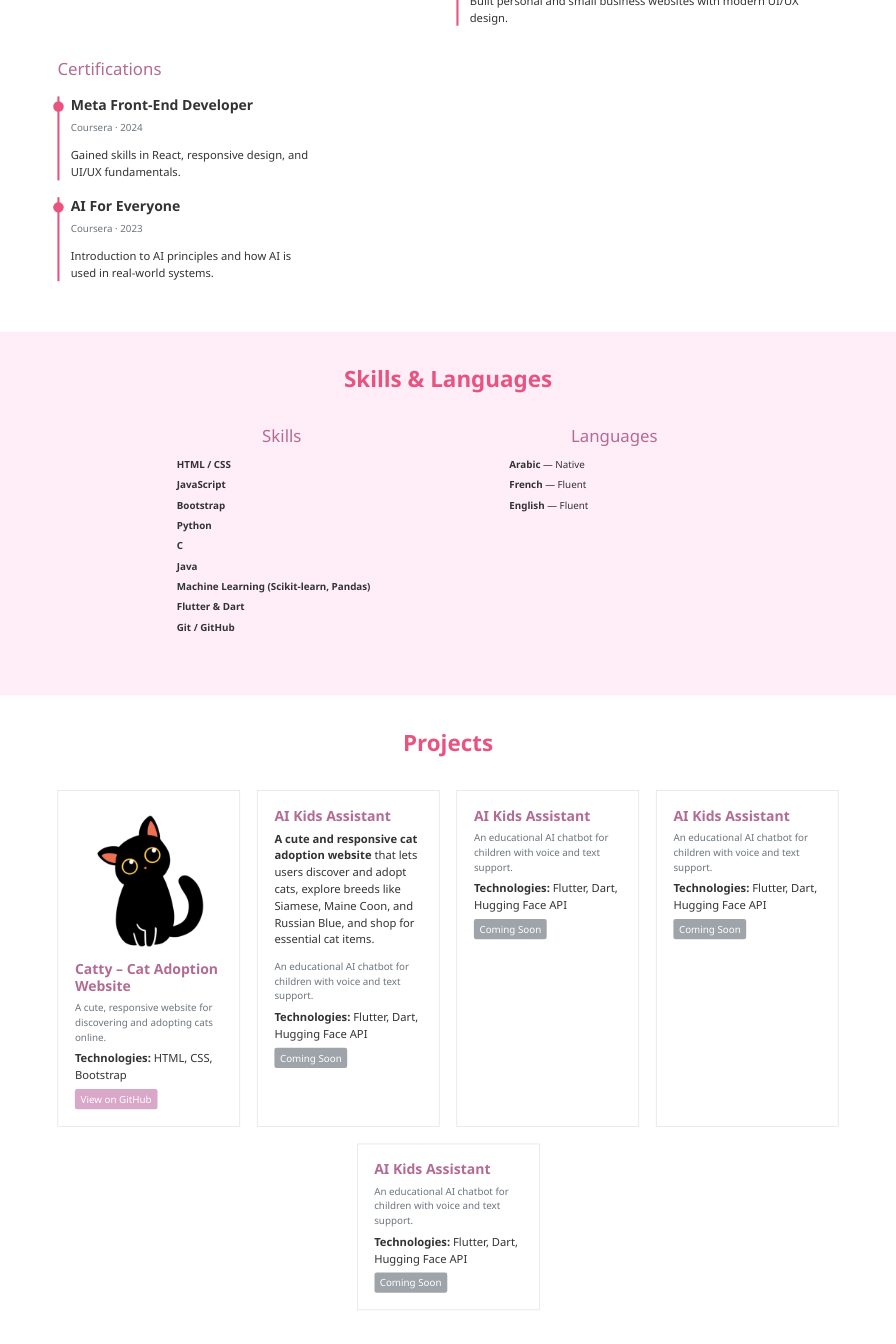
Repository: rihebtlh/portfolio
Page: new.html
These files come from the project's save history. The page is drawn as it stood at one moment and after the next save; the edit follows.
The browser window is 1280 px wide. The pictures show the part of the page from y = 1644 to 3564 px (the page is 3564 px tall), at 70% of full size.

Above is the page before, as saved 2025-07-02 16:05:36.

### new.html
<!DOCTYPE html>
<html lang="en">
<head>
  <meta charset="UTF-8" />
  <meta name="viewport" content="width=device-width, initial-scale=1.0" />
  <title>Riheb Talhi Portfolio</title>
  <link href="https://cdn.jsdelivr.net/npm/bootstrap@5.0.2/dist/css/bootstrap.min.css" rel="stylesheet" />
  <script src="https://cdn.jsdelivr.net/npm/bootstrap@5.0.2/dist/js/bootstrap.bundle.min.js"></script>
  <link rel="stylesheet" href="https://cdn.jsdelivr.net/npm/bootstrap-icons@1.10.5/font/bootstrap-icons.css">


  <style>
    body {
      font-family: 'Segoe UI', sans-serif;
      color: #333;
      background: #fff;
    }

    .navbar {
      background: rgba(255, 255, 255, 0.9);
      box-shadow: 0 4px 6px rgba(0, 0, 0, 0.05);
    }

    .navbar-nav .nav-link {
      color: #b36b94 !important;
      font-weight: 500;
    }

    .navbar-nav .nav-link:hover {
      color: #e75480 !important;
    }

    .btn-secondary {
      background-color: #d9a7c7;
      border: none;
    }

    .btn-secondary:hover {
      background-color: #e2b8d3;
    }

    h1, h2 {
      font-weight: 700;
    }

    .display-2 {
      color: #e75480;
    }

    .display-5 {
      color: #a070a8;
    }

    section {
      padding: 4rem 0;
    }

    .head {
      background-color: #ffeef8;
    }

    .about {
      background-color: #ffffff;
    }

    .about h2 {
      color: #e75480;
    }

    .about p {
      font-size: 1.1rem;
      color: #444;
      max-width: 800px;
    }

    img.rounded-circle {
      border: 4px solid #fff;
    }
    /* Simple timeline style */
  .timeline-item {
    border-left: 3px solid #e75480;
    padding-left: 1rem;
    position: relative;
  }
  .timeline-item::before {
    content: '';
    position: absolute;
    left: -9px;
    top: 0.4rem;
    width: 15px;
    height: 15px;
    background: #e75480;
    border-radius: 50%;
  }
  </style>
</head>
<body>

  <!-- Navbar -->
  <nav class="navbar navbar-expand-md navbar-light fixed-top">
    <div class="container-xxl">
      <button class="navbar-toggler" type="button" data-bs-toggle="collapse" data-bs-target="#main-nav"
        aria-controls="main-nav" aria-expanded="false" aria-label="Toggle navigation">
        <span class="navbar-toggler-icon"></span>
      </button>

      <div class="collapse navbar-collapse justify-content-end align-items-center" id="main-nav">
        <ul class="navbar-nav">
          <li class="nav-item"><a class="nav-link" href="#about">About Me</a></li>
          <li class="nav-item"><a class="nav-link" href="#resume">My Resume</a></li>
          <li class="nav-item"><a class="nav-link" href="#skills">Skills & Languages</a></li>
          <li class="nav-item"><a class="nav-link" href="#projects">Projects</a></li>
          <li class="nav-item ms-2 d-none d-md-inline">
            <a class="btn btn-secondary" href="#contact">Contact me here!</a>
          </li>
        </ul>
      </div>
    </div>
  </nav>

  <!-- Hero Section -->
    <section class="head d-flex align-items-center" style="min-height: 100vh;" id="home">
    <div class="container-lg">
        <div class="row justify-content-center align-items-center">
        <div class="col-md-8 text-start">
            <h1>
            <div class="display-2 fw-bold">Riheb Talhi</div>
            <div class="display-5">Computer Science Student</div>
            <div class="display-6 text-muted">just love to solve real-world problems through creative coding.</div>
            </h1>
        </div>
        <div class="col-md-4 text-center d-none d-md-block">
            <span class="tt" data-bs-placement="bottom" title="pic">
            <img src="/assets/pic.jpg" alt="Your photo" class="img-fluid rounded-circle shadow" style="max-height: 400px;">
            </span>
        </div>
        </div>
    </div>
    </section>


  <!-- About Me Section (White) -->
  <section class="about" id="about">
    <div class="container-lg">
      <div class="row justify-content-center">
        <div class="col-md-5">
          <h2 class="mb-4">About Me</h2>
          <p><strong>Name:</strong> Riheb Talhi</p>
          <p><strong>Email:</strong> talhiriheb@gmail.com</p>
          <p><strong>Education:</strong> university of science and technology of oran - mohamed boudiaf</p>
          <p>
            <i class="bi bi-github text-dark me-2"></i>
            <a href="https://github.com/rihebtlh" target="_blank">@rihebtlh</a>
          </p>
          <p>
            <i class="bi bi-linkedin"></i>
            <a href="https://www.linkedin.com/in/riheb-talhi-bab320293" target="_blank">Talhi Riheb</a>
          </p>
          <p>
            I love building smart, helpful apps and exploring the world of artificial intelligence.
            Currently, I'm focused on AI development especially in natural language processing (NLP) and machine learning (ML).
          </p>

        </div>
      </div>
    </div>
  </section>
  <!-- Resume Section -->
    <section id="resume" class="py-5" style="background:#fff;">
        <div class="container-lg">
            <h2 class="mb-5" style="color:#e75480;">My Resume</h2>
            <div class="row">

            <!-- Education -->
            <div class="col-md-6 mb-4">
                <h4 class="mb-4" style="color:#b36b94;">Education</h4>
                <div class="timeline">
                <div class="timeline-item mb-4">
                    <h5 class="mb-1 fw-bold">University of Science and Technology of Oran - Mohamed Boudiaf</h5>
                    <p class="text-muted mb-0"><small>Bachelor's Degree in Computer Science</small></p>
                    <p class="text-muted"><small>2022 - 2025</small></p>
                    <p>Focused on software development, AI, and data structures.</p>
                </div>
                <!-- Add more education here if needed -->
                </div>
            </div>

            <!-- Experience -->
            <div class="col-md-6 mb-4">
                <h4 class="mb-4" style="color:#b36b94;">Experience</h4>
                <div class="timeline">
                <div class="timeline-item mb-4">
                    <h5 class="mb-1 fw-bold">Internship at XYZ Company</h5>
                    <p class="text-muted mb-0"><small>Summer 2023</small></p>
                    <p>Worked on developing web applications and learning Agile methodologies.</p>
                </div>
                <div class="timeline-item mb-4">
                    <h5 class="mb-1 fw-bold">Freelance Web Developer</h5>
                    <p class="text-muted mb-0"><small>2022 - Present</small></p>
                    <p>Built personal and small business websites with modern UI/UX design.</p>
                </div>
                <!-- Add more experience as needed -->
                </div>
            </div>
            </div>
            <!-- Certifications -->
            <div class="col-md-4 mb-4">
                <h4 class="mb-4" style="color:#b36b94;">Certifications</h4>
                <div class="timeline">
                <div class="timeline-item mb-4">
                    <h5 class="fw-bold">Meta Front-End Developer</h5>
                    <p class="text-muted"><small>Coursera · 2024</small></p>
                    <p>Gained skills in React, responsive design, and UI/UX fundamentals.</p>
                </div>
                <div class="timeline-item mb-4">
                    <h5 class="fw-bold">AI For Everyone</h5>
                    <p class="text-muted"><small>Coursera · 2023</small></p>
                    <p>Introduction to AI principles and how AI is used in real-world systems.</p>
                </div>
                </div>
            </div>
        </div>
    </section>
    <!-- Skills & Languages Section -->
    <section id="skills" class="py-5" style="background-color: #ffeef8;">
    <div class="container-lg text-center">
        <h2 class="mb-5" style="color: #e75480;">Skills & Languages</h2>

        <div class="row justify-content-center">
        <!-- Skills -->
        <div class="col-md-5 mb-4">
            <h4 class="mb-3" style="color: #b36b94;">Skills</h4>
            <ul class="list-unstyled small text-start mx-auto" style="max-width: 300px;">
            <li class="mb-2"><strong>HTML / CSS</strong></li>
            <li class="mb-2"><strong>JavaScript</strong></li>
            <li class="mb-2"><strong>Bootstrap</strong></li>
            <li class="mb-2"><strong>Python</strong></li>
            <li class="mb-2"><strong>C</strong></li>
            <li class="mb-2"><strong>Java</strong></li>
            <li class="mb-2"><strong>Machine Learning (Scikit-learn, Pandas)</strong></li>
            <li class="mb-2"><strong>Flutter & Dart</strong></li>
            <li class="mb-2"><strong>Git / GitHub</strong></li>
            </ul>
        </div>

        <!-- Languages -->
        <div class="col-md-5 mb-4">
            <h4 class="mb-3" style="color: #b36b94;">Languages</h4>
            <ul class="list-unstyled small text-start mx-auto" style="max-width: 300px;">
            <li class="mb-2"><strong>Arabic</strong> — Native</li>
            <li class="mb-2"><strong>French</strong> — Fluent</li>
            <li class="mb-2"><strong>English</strong> — Fluent</li>
            </ul>
        </div>
        </div>
    </div>
    </section>
    <!-- Projects Section -->
    <section id="projects" class="py-5" style="background-color: #fff;">
      <div class="container-lg">
        <h2 class="mb-5 text-center" style="color: #e75480;">Projects</h2>

        <div class="row justify-content-center g-4">

          <!-- Project 1 -->
          <div class="col-md-3">
            <div class="p-4 border rounded-4 h-100" style="border-color: #ffd6e8; background-color: #fff;">
              <!-- Project Image -->
              <img src="assets/catLogo.webp" alt="Catty Website Preview" class="img-fluid rounded mb-2">
              <!-- Project Content -->
              <h5 class="fw-bold" style="color: #b36b94;">Catty – Cat Adoption Website</h5>
              <p class="text-muted small mb-2">A cute, responsive website for discovering and adopting cats online.</p>
              <p class="mb-2"><strong>Technologies:</strong> HTML, CSS, Bootstrap</p>
              <a href="https://github.com/rihebtlh/catty-storefront" target="_blank" class="btn btn-sm btn-secondary">View on GitHub</a>
            </div>
          </div>


          <!-- Project 2 -->
          <div class="col-md-3">
            <div class="p-4 border rounded-4 h-100" style="border-color: #ffd6e8;">
              <h5 class="fw-bold" style="color: #b36b94;">AI Kids Assistant</h5>
              <p><strong>A cute and responsive cat adoption website</strong> that lets users discover and adopt cats, explore breeds like Siamese, Maine Coon, and Russian Blue, and shop for essential cat items.</p>
              <p class="text-muted small mb-2">An educational AI chatbot for children with voice and text support.</p>
              <p class="mb-2"><strong>Technologies:</strong> Flutter, Dart, Hugging Face API</p>
              <a href="#" target="_blank" class="btn btn-sm btn-secondary disabled">Coming Soon</a>
            </div>
          </div>
          <!-- Project 3 -->
          <div class="col-md-3">
            <div class="p-4 border rounded-4 h-100" style="border-color: #ffd6e8;">
              <h5 class="fw-bold" style="color: #b36b94;">AI Kids Assistant</h5>
              <p class="text-muted small mb-2">An educational AI chatbot for children with voice and text support.</p>
              <p class="mb-2"><strong>Technologies:</strong> Flutter, Dart, Hugging Face API</p>
              <a href="#" target="_blank" class="btn btn-sm btn-secondary disabled">Coming Soon</a>
            </div>
          </div>
          <!-- Project 4 -->
          <div class="col-md-3">
            <div class="p-4 border rounded-4 h-100" style="border-color: #ffd6e8;">
              <h5 class="fw-bold" style="color: #b36b94;">AI Kids Assistant</h5>
              <p class="text-muted small mb-2">An educational AI chatbot for children with voice and text support.</p>
              <p class="mb-2"><strong>Technologies:</strong> Flutter, Dart, Hugging Face API</p>
              <a href="#" target="_blank" class="btn btn-sm btn-secondary disabled">Coming Soon</a>
            </div>
          </div>
          <!-- Project 5 -->
          <div class="col-md-3">
            <div class="p-4 border rounded-4 h-100" style="border-color: #ffd6e8;">
              <h5 class="fw-bold" style="color: #b36b94;">AI Kids Assistant</h5>
              <p class="text-muted small mb-2">An educational AI chatbot for children with voice and text support.</p>
              <p class="mb-2"><strong>Technologies:</strong> Flutter, Dart, Hugging Face API</p>
              <a href="#" target="_blank" class="btn btn-sm btn-secondary disabled">Coming Soon</a>
            </div>
          </div>

          <!-- Add more projects here -->

        </div>
      </div>
    </section>






  <!-- Tooltip Init -->
  <script>
    const tooltips = document.querySelectorAll('.tt');
    tooltips.forEach(t => {
      new bootstrap.Tooltip(t);
    });
  </script>

</body>
</html>

After the next save:
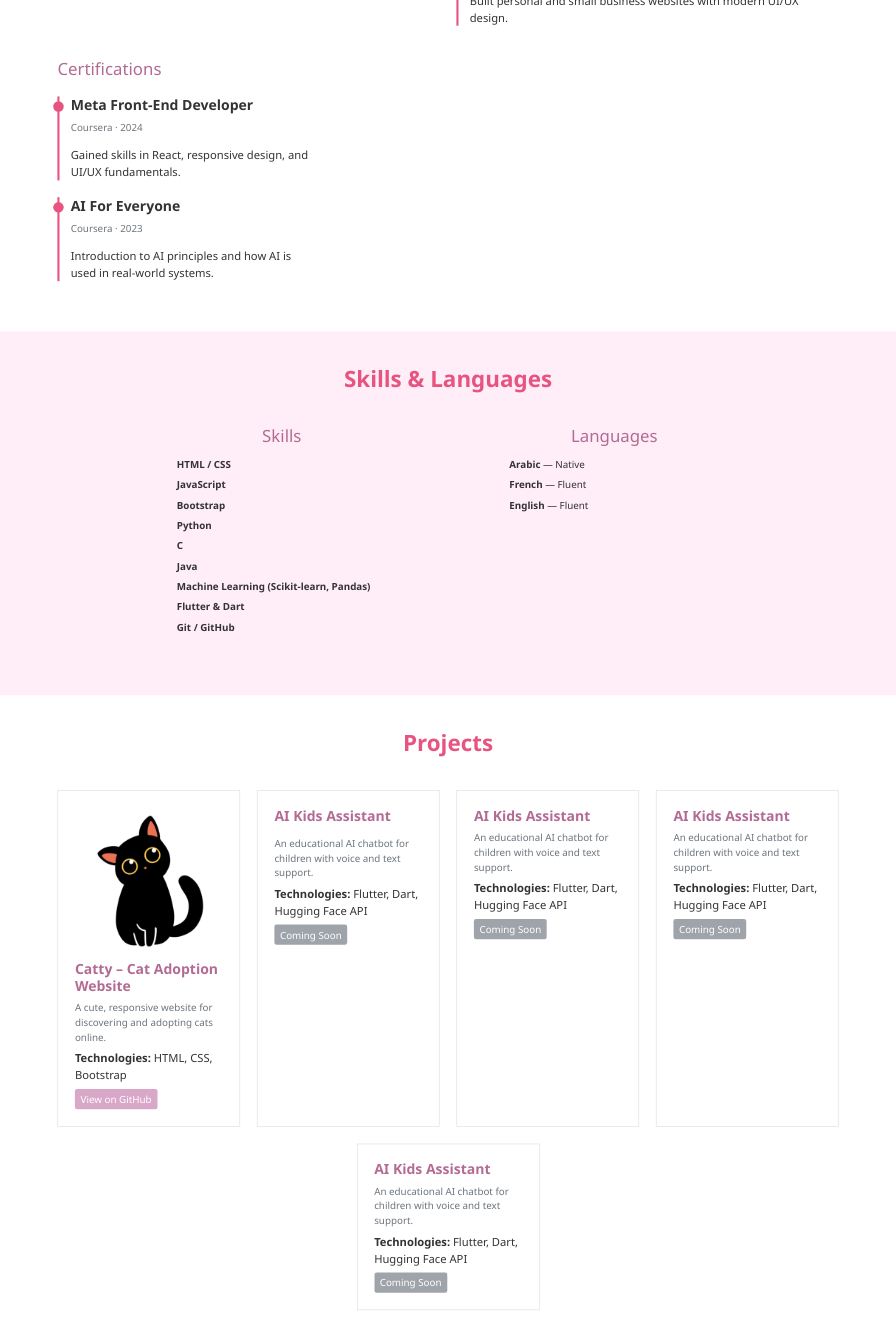
Saved 8 s later.
--- a/new.html
+++ b/new.html
@@ -280,7 +280,7 @@
           <div class="col-md-3">
             <div class="p-4 border rounded-4 h-100" style="border-color: #ffd6e8;">
               <h5 class="fw-bold" style="color: #b36b94;">AI Kids Assistant</h5>
-              <p><strong>A cute and responsive cat adoption website</strong> that lets users discover and adopt cats, explore breeds like Siamese, Maine Coon, and Russian Blue, and shop for essential cat items.</p>
+              <p>
               <p class="text-muted small mb-2">An educational AI chatbot for children with voice and text support.</p>
               <p class="mb-2"><strong>Technologies:</strong> Flutter, Dart, Hugging Face API</p>
               <a href="#" target="_blank" class="btn btn-sm btn-secondary disabled">Coming Soon</a>
